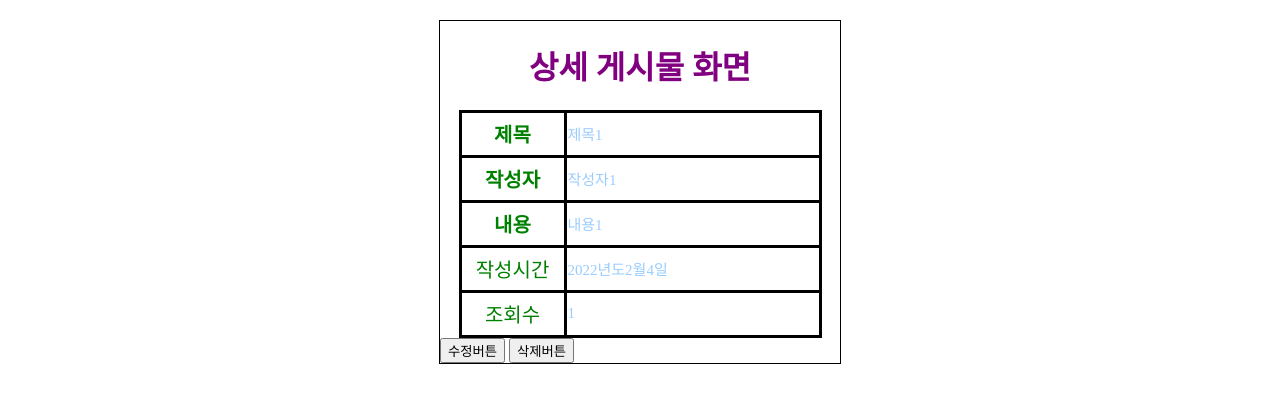
Repository: Kray273/JSLab
Page: css/src/main/webapp/Day97/boardcontents.html
These files come from the project's save history. The page is drawn as it stood at one moment and after the next save; the edit follows.
The browser window is 1280 px wide. The pictures show the whole page.

Above is the page before, as saved 2022-11-25 10:01:56.

### css/src/main/webapp/Day97/boardcontents.html
<!DOCTYPE html>
<html>
<head>
<meta charset="UTF-8">
<title>Kray</title>
<style type="text/css">
	#line {
		margin : 20px auto;
		border: 1px solid black;
		width: 400px;
	}

	h1 {
	 text-align: center;
	 color: purple;
	}

	table,td,th {
		border: 3px solid black;
		border-collapse: collapse;
		margin: auto;
	}

	table #left {
		color: green;
		text-align: center;
		font-size: 20px;
		width: 100px;
		height: 40px;
	}

	table #right {
		color: #99CCFF;
		font-size: 15px;
		width: 250px;
	}

</style>
</head>
<body>

<div id="line">
	<h1>상세 게시물 화면</h1>
	<table>
		<tr>
			<th id="left">제목</td>
			<td id="right">제목1</td>
		</tr>
		<tr>
			<th id="left">작성자</td>
			<td id="right">작성자1</td>
		</tr>
		<tr>
			<th id="left">내용</td>
			<td id="right">내용1</td>
		</tr>
		<tr>
			<td id="left">작성시간</td>
			<td id="right">2022년도2월4일</td>
		</tr>
		<tr>
			<td id="left">조회수</td>
			<td id="right">1</td>
		</tr>
	</table>

	<input type="button" value="수정버튼" id="button">
	<input type="reset" value="삭제버튼" id="button">
</div>

</div>
</body>
</html>

After the next save:
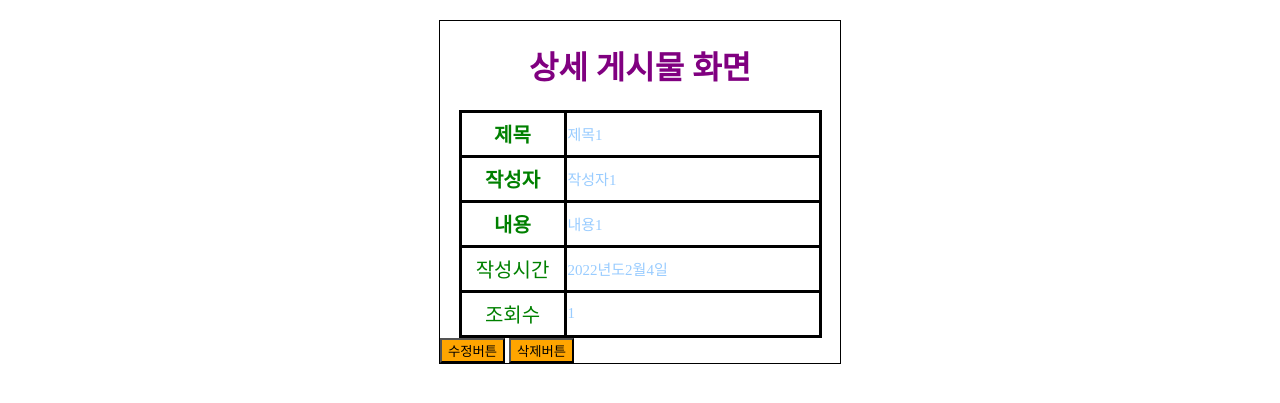
Saved 41 s later.
--- a/css/src/main/webapp/Day97/boardcontents.html
+++ b/css/src/main/webapp/Day97/boardcontents.html
@@ -33,6 +33,10 @@
 		color: #99CCFF;
 		font-size: 15px;
 		width: 250px;
+	}
+
+	#button {
+		background-color: orange;
 	}
 
 </style>
